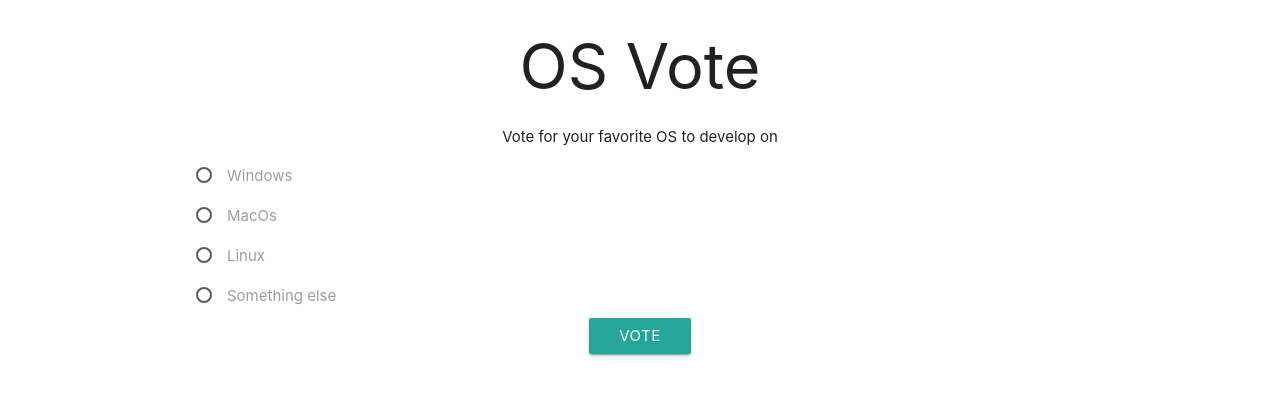
Repository: JivkoJelev91/Vote-app
Page: / (app in client/)
An editor plug-in stored every save of this project. The page is shown before and after the next save, followed by the edit.
The browser window is 1280 px wide. The pictures show the whole page.
The page's requests for data from a server got no answer. Some web libraries are served in a nearby version. The project was rebuilt for these pictures with package versions that can differ from the ones it lists, and the page was loaded fresh each time. No one was signed in, and anything a server would have sent is missing. Also part of the build but not shown: client/src/canvasjs/canvasjs.react.js, client/src/canvasjs/canvasjs.min.js.

Above is the page before, as saved 2019-02-15 14:45:24.

### client/public/index.html
<!DOCTYPE html>
<html lang="en">
  <head>
    <meta charset="utf-8" />
    <link rel="shortcut icon" href="%PUBLIC_URL%/favicon.ico" />
    <meta
      name="viewport"
      content="width=device-width, initial-scale=1, shrink-to-fit=no"
    />
    <meta name="theme-color" content="#000000" />
    <!--
      manifest.json provides metadata used when your web app is installed on a
      user's mobile device or desktop. See https://developers.google.com/web/fundamentals/web-app-manifest/
    -->
    <link rel="manifest" href="%PUBLIC_URL%/manifest.json" />
    <!--
      Notice the use of %PUBLIC_URL% in the tags above.
      It will be replaced with the URL of the `public` folder during the build.
      Only files inside the `public` folder can be referenced from the HTML.

      Unlike "/favicon.ico" or "favicon.ico", "%PUBLIC_URL%/favicon.ico" will
      work correctly both with client-side routing and a non-root public URL.
      Learn how to configure a non-root public URL by running `npm run build`.
    -->
    <link rel="stylesheet" href="https://fonts.googleapis.com/icon?family=Material+Icons">
    <link rel="stylesheet" href="https://cdnjs.cloudflare.com/ajax/libs/materialize/0.100.2/css/materialize.min.css">
    <title>React App</title>
  </head>
  <body>
    <noscript>You need to enable JavaScript to run this app.</noscript>
    <div id="root"></div>
    <!--
      This HTML file is a template.
      If you open it directly in the browser, you will see an empty page.

      You can add webfonts, meta tags, or analytics to this file.
      The build step will place the bundled scripts into the <body> tag.

      To begin the development, run `npm start` or `yarn start`.
      To create a production bundle, use `npm run build` or `yarn build`.
    -->
    <script src="https://code.jquery.com/jquery-2.1.1.min.js"></script>
    <script src="https://cdnjs.cloudflare.com/ajax/libs/materialize/0.100.2/js/materialize.min.js"></script>
    <script src="path/to/your/bundle.js"></script>
  </body>
</html>

### client/src/App.js
import React, { Component } from 'react';
import logo from './logo.svg';
import './App.css';
import  axios  from 'axios';
import Pusher from 'pusher-js';

var CanvasJSReact = require('./canvasjs/canvasjs.react');
var CanvasJS = CanvasJSReact.CanvasJS;
var CanvasJSChart = CanvasJSReact.CanvasJSChart;

class App extends Component {

  constructor(props) {
    super(props);
    this.state = {
      os: "",
      votes: 0,
      totalVotes: 0,
    };
  }

  componentDidMount(){
    axios.get('http://localhost:4242/poll')
      .then((res) => {
          const votes = res.data.votes;
          const totalVotes = votes.length;

          const votesCounts =
          votes.reduce(
            (acc, vote) => (
            (acc[vote.os] = (acc[vote.os] || 0) + parseInt(vote.points)), acc), {});

          this.chartCanvas(votesCounts);
      })
      .catch(err => console.log(err));
  }

  chartCanvas(votesCounts){
    let dataPoints = [
      {label: 'Windows', y:votesCounts.Windows},
      {label: 'Macos', y:votesCounts.Macos},
      {label: 'Linux', y:votesCounts.Linux},
      {label: 'Other', y:votesCounts.Other},
    ];

    const chartContainer = document.querySelector('#chartContainer');

    if(chartContainer){
      const chart =  new CanvasJS.Chart('chartContainer',{
        animationEnabled: true,
            theme: 'theme1',
            title: {
              text: 'OS Results'
            },
            data:[
              {
                type: 'column',
                dataPoints: dataPoints
              }
            ]
      })
      chart.render();

      Pusher.logToConsole = true;

      var pusher = new Pusher('7bbbd7b9f04578359a2d', {
        cluster: 'eu',
        forceTLS: true
      });

      var channel = pusher.subscribe('os-poll');
      channel.bind('os-vote', function(data) {
        dataPoints = dataPoints.map(x => {
          if(x.label == data.os){
            x.y += data.points;
            return x;
          }else{
            return x;
          }
        });
        chart.render();
      });
    }
  }

  submitForm = (e) =>{
    e.preventDefault();
    const os = this.state.os;
    axios.post('http://localhost:4242/poll', {'os': os})
      .then(res => console.log(res))
      .catch(err => console.log(err));
  }

  setOs = (e) => {
    const { name, value } = e.target;
    this.setState({
      [name]: value
    });
  }

  render() {
    return (
      <div className="App">
          <div className="container">
            <h1>OS Vote</h1>
            <p>Vote for your favorite OS to develop on</p>
            <form id="vote-form" onSubmit={this.submitForm} onChange={this.setOs}>
                <p>
                  <input type="radio" name="os" id="windows" value="Windows"/>
                  <label htmlFor="windows">Windows</label>
                </p>
                <p>
                  <input type="radio" name="os" id="macos" value="Macos"/>
                  <label htmlFor="macos">MacOs</label>
                </p>
                <p>
                  <input type="radio" name="os" id="linux" value="Linux"/>
                  <label htmlFor="linux">Linux</label>
                </p>
                <p>
                  <input type="radio" name="os" id="other" value="Other"/>
                  <label htmlFor="other">Something else</label>
                </p>
                <input type="submit" value="Vote" className="btn" />
            </form>
            <br /> <br />
            <div id="chartContainer">
            </div>
          </div>
      </div>
    );
  }
}

export default App;

Loaded but not shown: client/src/index.js (common file); client/src/index.css (common file); client/src/serviceWorker.js (common file); client/src/App.css (common file)

After the next save:
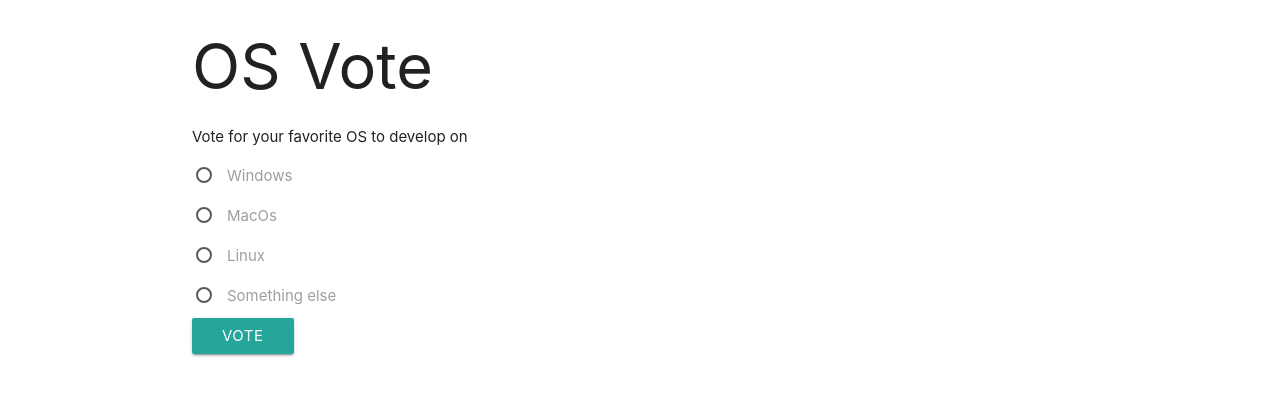
Saved 42 s later.
--- a/client/src/App.js
+++ b/client/src/App.js
@@ -1,6 +1,5 @@
 import React, { Component } from 'react';
 import logo from './logo.svg';
-import './App.css';
 import  axios  from 'axios';
 import Pusher from 'pusher-js';
 
